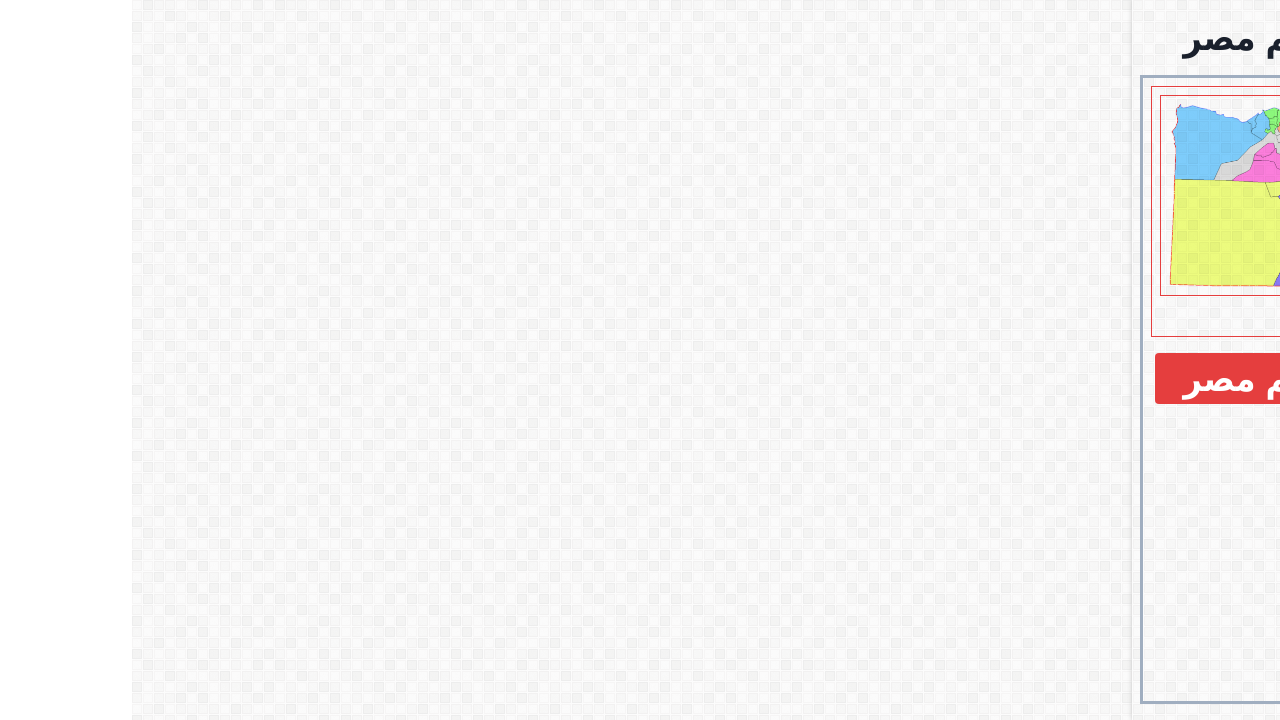
Repository: ahmed-mohamed-eng/egypt-gov-map
Page: /
These files come from the project's save history. The page is drawn as it stood at one moment and after the next save; the edit follows.
The browser window is 1280 px wide. The pictures show the whole page.
Some web fonts or font styles are not loaded; a fallback is used. The project was rebuilt for these pictures with package versions that can differ from the ones it lists, and the page was loaded fresh each time. The framework's server and built-in components were replaced by stand-ins that run in the browser. Also part of the build but not shown: next.config.js.

Above is the page before, as saved 2022-05-30 13:36:36.

After the next save:
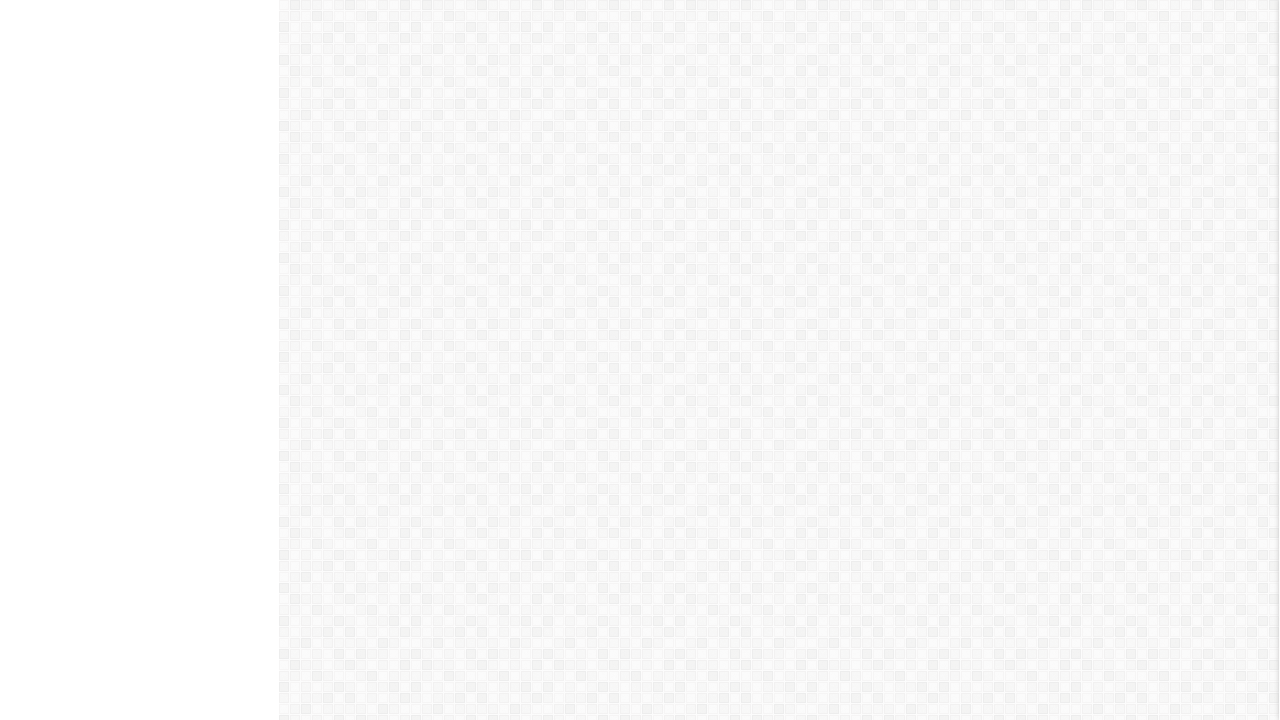
Saved 33 s later.
--- a/components/PageContainer/PageContainer.tsx
+++ b/components/PageContainer/PageContainer.tsx
@@ -1,20 +1,22 @@
-import { Flex, VStack } from "@chakra-ui/react";
+import { Center, Flex, VStack } from "@chakra-ui/react";
 
 // import bgImage from "../../images/backgroundImage.png";
 
 export const PageContainer = (props: any) => {
   return (
     <Flex backgroundImage={`url(../../images/backgroundImage.png)`}>
-      <VStack
-        width={["280px"]}
-        minH="100vh"
-        boxShadow="0 0 5px #CACACA"
-        py="1rem"
-        px="0.5rem"
-        spacing="1rem"
-      >
-        {props.children}
-      </VStack>
+      <Center>
+        <VStack
+          width={["280px"]}
+          minH="100vh"
+          boxShadow="0 0 5px #CACACA"
+          py="1rem"
+          px="0.5rem"
+          spacing="1rem"
+        >
+          {props.children}
+        </VStack>
+      </Center>
     </Flex>
   );
 };
